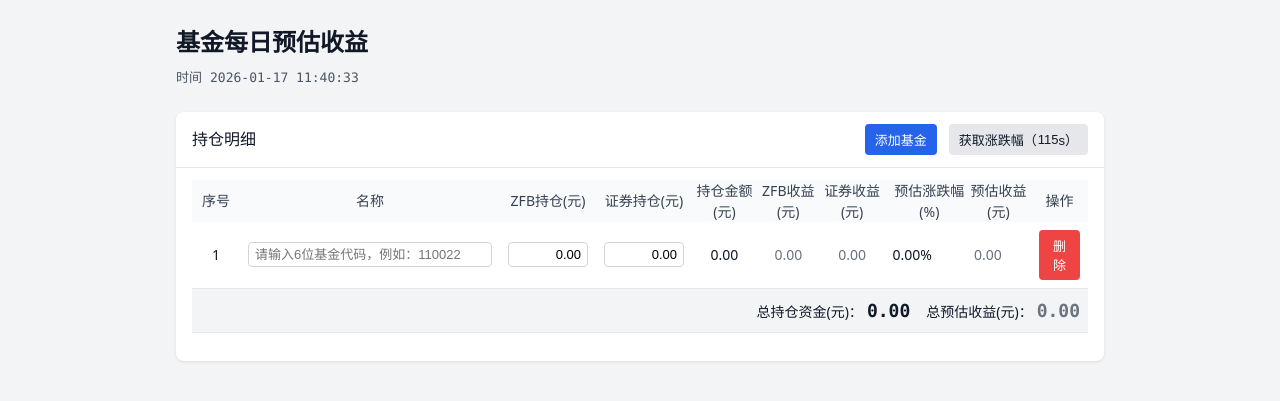
Repository: zt-boom/finance
Page: index.html
An editor plug-in stored every save of this project. The page is shown before and after the next save, followed by the edit.
The browser window is 1280 px wide. The pictures show the whole page.

Above is the page before, as saved 2026-01-17 14:59:02.

After the next save:
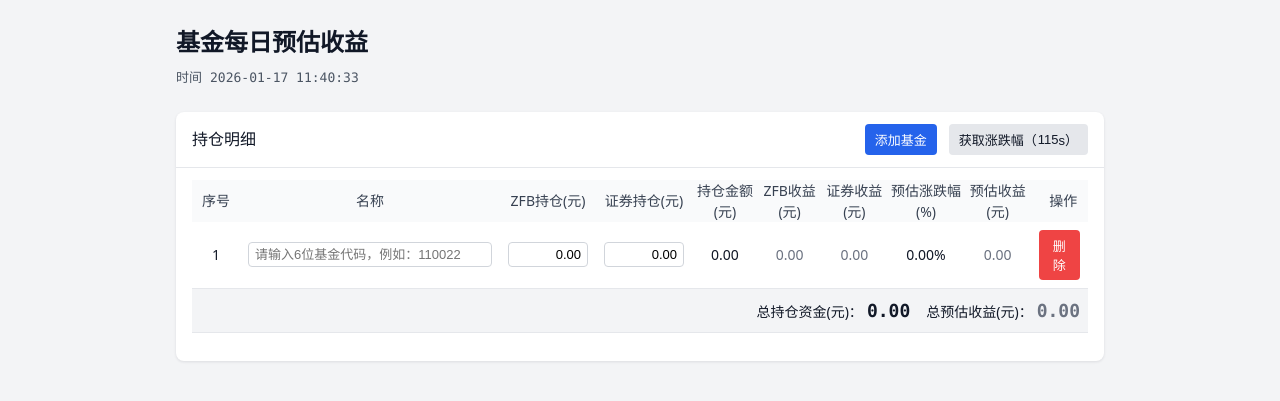
Saved 11 s later.
--- a/style.css
+++ b/style.css
@@ -106,7 +106,9 @@ text-align: center;
 .fund-table td:nth-child(4),
 .fund-table td:nth-child(5),
 .fund-table td:nth-child(6),
-.fund-table td:nth-child(7) {
+.fund-table td:nth-child(7),
+.fund-table td:nth-child(8),
+.fund-table td:nth-child(9) {
 text-align: center;
 white-space: nowrap;
 }
@@ -149,8 +151,8 @@ text-align: left;
 width: 260px;
 }
 
-.fund-table th:nth-child(8),
-.fund-table td:nth-child(8) {
+.fund-table th:nth-child(10),
+.fund-table td:nth-child(10) {
 padding-left: 8px;
 }
 
